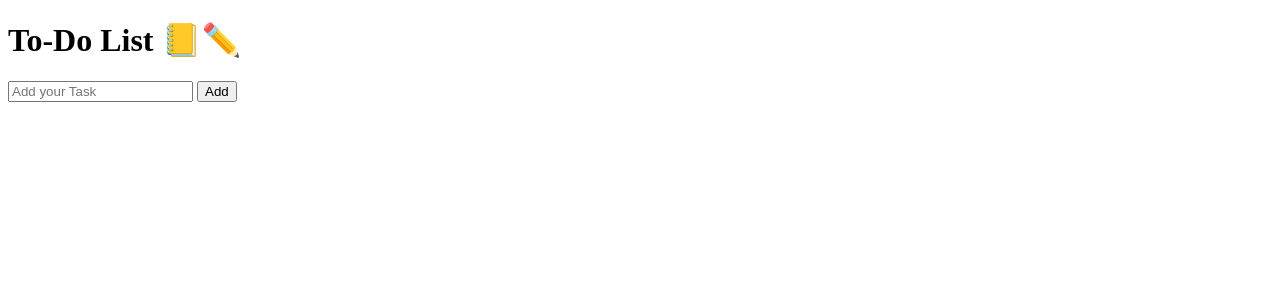
Repository: Ankitkr2021/To-Do-List
Page: index.html
An editor plug-in stored every save of this project. The page is shown before and after the next save, followed by the edit.
The browser window is 1280 px wide. The pictures show the whole page.

Above is the page before, as saved 2025-10-03 09:59:42.

After the next save:
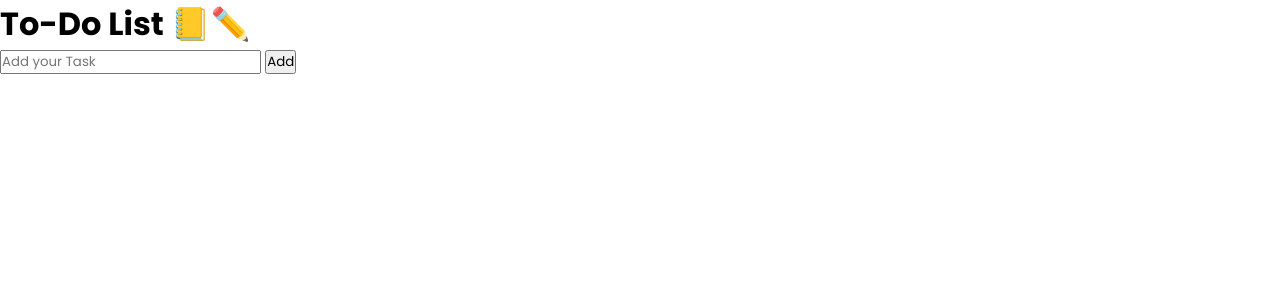
Saved 9 s later.
--- a/index.html
+++ b/index.html
@@ -4,6 +4,7 @@
     <meta charset="UTF-8">
     <meta name="viewport" content="width=device-width, initial-scale=1.0">
     <title>To-Do-List</title>
+    <link rel="stylesheet" href="./style.css">
 </head>
 <body>
     <div class="box">
